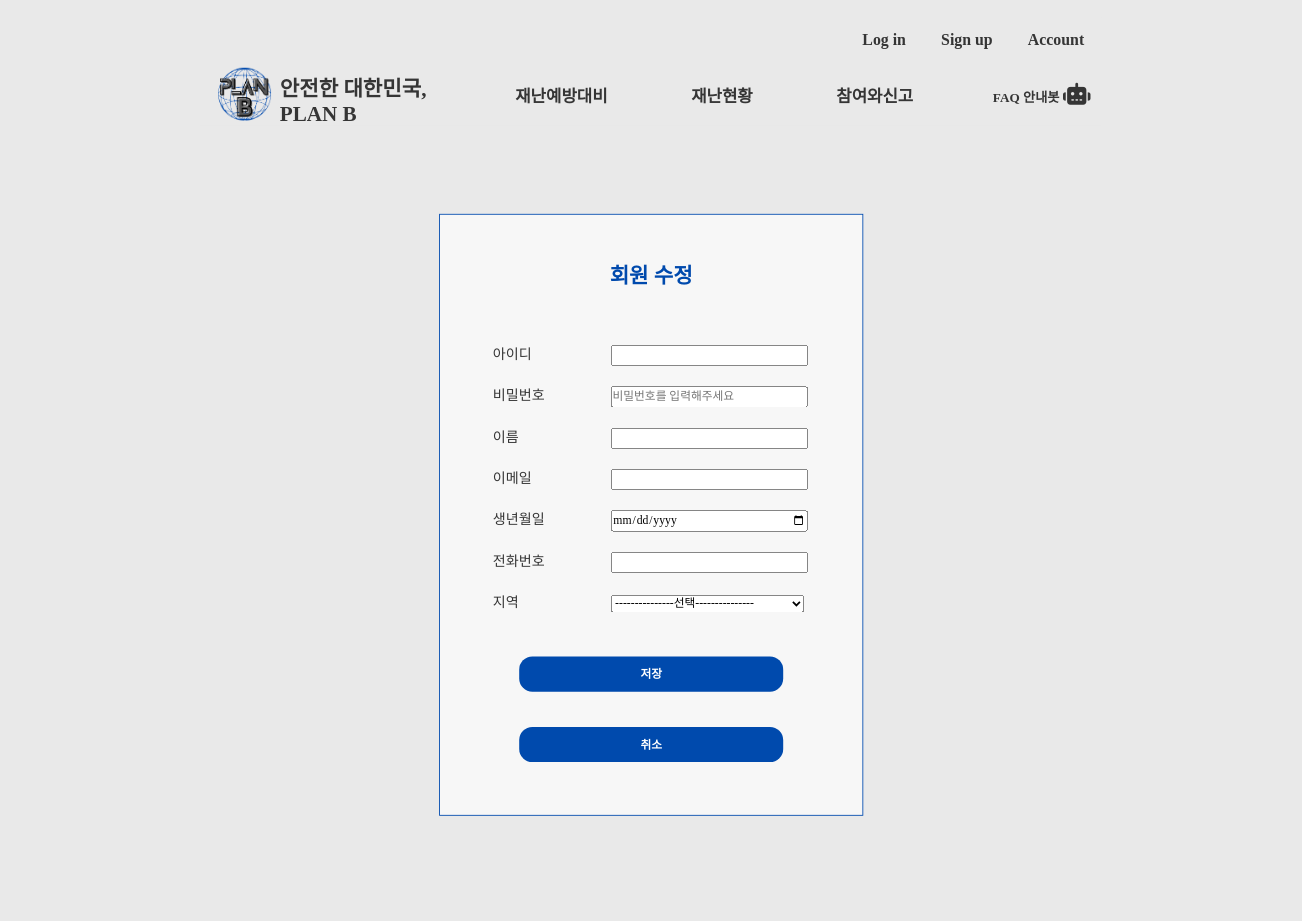
Repository: finalteam4/final
Page: http://localhost/member/update
An editor plug-in stored every save of this project. The page is shown before and after the next save, followed by the edit.
The browser window is 1280 px wide. The page is 1480 px wide, so the pictures cover 1480 px, including what lies to the right of the window. The pictures show the whole page, at 88% of full size.
Some web libraries are served in a nearby version. The page is this project's Thymeleaf template; nobody is signed in. The template is opened directly, without the code that normally fills it, so the values that code supplies are empty.

Above is the page before, as saved 2024-02-08 07:07:28.

### final/src/main/resources/templates/member/update.html
<!DOCTYPE html>
<html xmlns:th="http://www.thymeleaf.org">
<head>
<meta charset="UTF-8">
<title>회원정보...</title>
<link rel="stylesheet" th:href="@{/css/style.css}">
</head>
<body>
   <div class="ch">
    <div th:replace="~{header}"></div>
	<div id="container">
	  <section id="update">
		<h2>회원 수정</h2>
		<form th:action="@{/member/update}" method="post">
		<input type="hidden" name="id" th:value="${member.id}">
		   <fieldset>
		  	<ul>
		  		<li>
		  			<label for="memberId">아이디</label>
		  			<input type="text" name="memberId" readonly
		  				id="memberId" th:value="${member.memberId}">
		  		</li>
		  		<li>
		  			<label for="password">비밀번호</label>
		  			<input type="password" name="password"
		  			    id="password" placeholder="비밀번호를 입력해주세요">
		  		</li>
		  		<li>
		  			<label for="name">이름</label>
		  			<input type="text" name="name"
		  			    id="name" th:value="${member.name}">
		  		</li>
		  		<li>
		  			<label for="memberEmail">이메일</label>
		  			<input type="text" name="memberEmail"
		  			    id="memberEmail" th:value="${member.memberEmail}">
		  		</li>
		  		<li>
		  			<label for="memberAge">생년월일</label>
		  			<input type="date" name="memberAge"
		  			    id="memberAge" th:value="${member.memberAge}">
		  		</li>
		  		<li>
		  			<label for="mnumber">전화번호</label>
		  			<input type="text" name="mnumber"
		  			    id="mnumber" th:value="${member.mnumber}">
		  		</li>
		  		<li>
		  			<label for="memberArea">지역</label>
		  			 <select name="memberArea" id="memberArea" th:value="${member.memberArea}">
						    <option value="">---------------선택---------------</option>
						    <option value="서울특별시">서울특별시</option>
						    <option value="부산광역시">부산광역시</option>
						    <option value="대구광역시">대구광역시</option>
						    <option value="인천광역시">인천광역시</option>
						    <option value="광주광역시">광주광역시</option>
						    <option value="대전광역시">대전광역시</option>
						    <option value="울산광역시">울산광역시</option>
						    <option value="세종특별자치시">세종특별자치시</option>
						    <option value="경기도">경기도</option>
						    <option value="강원특별자치도">강원특별자치도</option>
						    <option value="충청북도">충청북도</option>
						    <option value="충청남도">충청남도</option>
						    <option value="전북특별자치도">전북특별자치도</option>
						    <option value="전라남도">전라남도</option>
						    <option value="경상북도">경상북도</option>
						    <option value="경상남도">경상남도</option>
						    <option value="제주특별자치도">제주특별자치도</option>
						</select>
		  		</li>
		  	    <li>
		  			<button type="submit" id="updatef">저장</button>
		  			<button type="reset" id="updatef">취소</button>
		  		</li>
		  	 </ul>
	  	    </fieldset>
	  	  </form>
	  	</section>
	</div>
	</div>
</body>
</html>

### final/src/main/resources/static/css/style.css
@charset "UTF-8";


/* 공통 */

*{margin: 0; padding: 0; font-family: 'NanumSquareRound';}

html, body{height:auto; min-height:100%; min-width:1440px; width:100%; color: #353535; background: #e9e9e9;}

a{text-decoration: none; color:#353535; font-weight:900;}
a:hover{text-decoration: none; color: #004aad; font-weight:900;}
ul li{list-style: none;}




/* nagyung */


/* =============================================
                     header
================================================ */
#planB-header{width:100%; max-width:1024px; margin:0 auto;
	/* border:1px solid black; */ /* body: 1024px틀 마지막에 지울예정 */
}
/* header - 로그인, 회원가입, 마이페이지 */
.planB-sidemenu{
	width:100%;
	display:flex;
	justify-content: flex-end;
}
.planB-sidemenu a{padding: 15px 20px; font-size:18px;}
/* header - 로고, 메인메뉴, 챗봇 */
.planB-menuWrap{width:100%; display:flex; margin-bottom:10px;}
.main-img-logo{
	width:310px;
	display:flex;
	align-items: center;
	padding-left:20px;
	}
.main-img-logo h2{padding:10px 0 0 10px;  font-weight:900;}

.main-menu{
	width:90%;
	margin:0 auto;
	display:flex;
	justify-content: space-evenly;
    align-items: center;
    padding-top:20px;
    }
.main-menu a{font-size:19px; letter-spacing:1px;}
.main-menu span{font-size:15px;}
/*===============================================
 					footer
=================================================*/



/* chaehee */

.ch{
  width: 100%;
  padding: 20px;
  background-color: #E9E9E9;


  .container{width: 90%; padding: 30px; margin: 0 auto;}


/* login 스타일 */
  #login{
    margin: 100px auto;
    padding: 40px;
    width: 380px;
    background-color: #f7f7f7;
    border: 1px solid rgb(0, 74 , 173);
    flex-direction: column;
  }
  #login h2{
    text-align: center;
    margin: 20px;
    color: rgb(0, 74 , 173);
  }
  #login fieldset{
    border: none;
  }

  #login li input{
  	border-style: none;
    margin: 15px auto;
    padding: 0 10px 0 10px;
    width: 100%;
    height: 40px;
    text-indent: 5px;
  }
  #login #username,
  #login #password,
  #login #loginbutton,
  #login #joinf{
    box-sizing: border-box;
    border: 1px solid #004aad;
  }
  #login #loginbutton,
  #login #joinf{
    font-weight: bold;
  }
  #login #loginbutton{
    background-color: #004aad;
    color: white;
  }
  #login #joinf{
    background-color: white;
    color: #004aad;
  }
  .line {
    display:flex;
    flex-basis:100%;
    align-items:center;
    color:rgba(0,0,0,0.35);
    font-size:14px;
    margin:10px 0px;
  }
  .line::before{
    content:"";
    flex-grow:1;
    margin:0px 16px;
    background:rgba(0,0,0,0.35);
    height:1px;
    font-size:0px;
  }
  .line::after {
    content:"";
    flex-grow:1;
    margin:0px 16px;
    background:rgba(0,0,0,0.35);
    height:1px;
    font-size:0px;
  }

  /* join 스타일 */
  #join{
    margin: 100px auto;
    padding: 40px;
    width: 400px;
    background-color: #f7f7f7;
    border: 1px solid rgb(0, 74 , 173);
    flex-direction: column;
  }
  #join h2{
    text-align: center;
    margin: 10px 20px 50px 20px;
    color: rgb(0, 74 , 173);
  }
  #join fieldset{
    border: none;
  }
  #join label{
    display: inline-block;
    width: 120px;
    margin: 10px 0px 10px 20px;
  }
  #join input[type="text" i],
  #join input[type="password" i],
  #join input[type="date" i],
  #join select  {
  width: 220px;
  height: 20px;
  margin: 10px;
  }
  #join #joinf, #join #kakao, #join #naver, #join #google {
  	border-style: none;
    margin: 15px 10px;
    width: 380px;
    height: 40px;
    text-indent: 5px;
  }

  #join #joinf{
    background-color: #004aad;
    color: white;
    font-weight: bold;
  }
  /* account 스타일 */
  #account{
    width: 60%;
    margin: 100px auto;
    display: flex;
    border: 1px solid #004aad;
    background-color: #f5f5f5;
    max-width: 1024px;
  }
  #left{
    width: 40%;
    height: 100%;
  }
  #left #mimage{
    width: 50%;
    aspect-ratio: 1 / 1;
    margin: 20px auto;
    background-color: #dadada;
    border-radius: 50%;
    margin-top: 25%;
    overflow: hidden;
  }
   #left #mimage img{
   display: block;
   width: 100%;
   }
  #left h6{
    padding-bottom: 50px;
    text-align: center;
    font-size: 15px;
  }
  #left .mbutton{
    margin: 10% auto;
    padding: 5%;
    width: 50%;
    border-radius: 30px;
    text-align: center;
    color: white;
    font-weight: bold;
  }
  #left #update{
    background-color: #dadada;
    font-size: 15px;
  }
  #left #logout{
    background-color: #004aad;
    font-size: 15px;
  }
  #right{
    margin: auto;
    padding: 30px;
    width: 90%;
    height: 100%;
    display: flex;
    flex-direction: column;
    justify-content: center;
  }
  #right h5{
    width: 100%;
    margin: 10px;
  }
  #right .mcontent{
    display: flex;
    flex-direction: column;
    margin: 5px 0 25px 0;
    padding: 5px 0;
    width: 100%;
    background-color: #ececec;
    border-top: 1px solid #004aad;
    border-bottom: 1px solid #004aad;
    align-items: center;
  }
  #right .mcontent p{
	padding: 8px 0px;
    width: 90%;
    border-bottom: 1px dashed white;
    text-align: center;
  }
  #right .mcontent p:last-child {
  border-bottom: none;
}
  .line2 {
    border-left: 1px dotted #004aad;
    width: 0;
  }

/* update 스타일 */
  #update{
    margin: 100px auto;
    padding: 40px;
    width: 400px;
    background-color: #f7f7f7;
    border: 1px solid rgb(0, 74 , 173);
    flex-direction: column;
  }
  #update h2{
    text-align: center;
    margin: 10px 20px 50px 20px;
    color: rgb(0, 74 , 173);
  }
  #update fieldset{
    border: none;
  }
  #update label{
    display: inline-block;
    width: 120px;
    margin: 10px 0px 10px 20px;
  }
  #update input[type="text" i],
  #update input[type="password" i],
  #update input[type="date" i],
  #update select  {
  width: 220px;
  height: 20px;
  margin: 10px;
  }
  #update #memberArea{
  	margin-bottom: 30px;
  }
  #update #updatef{
    border-style: none;
    margin: 20px 0 20px 50px;
    width: 300px;
    height: 40px;
    background-color: #004aad;
    color: white;
    font-weight: bold;
    border-radius: 15px;
  }





}

/* yubin */


.main-main {
	width:1024px;

    background-color: #d9d9d9;
    margin: 0 auto;
}
/* 메뉴 */
#state_sub{
		background: #1b4fa2 url(/images/titBg.jpg) no-repeat 50% 50%;
}
#state_sub .stateWrap > strong {
    display: block;
    margin-bottom: 30px;
    text-align: center;
    font-size: 44px;
    font-weight: 200;
    color: #fff;
    line-height: 1.1em;
}
#state_sub .stateWrap ul {
    text-align: center;
}
#state_sub .stateWrap ul li {
    display: inline-block;
    position: relative;
    margin: 0 24px;
    padding-bottom: 6px;
}
#state_sub .stateWrap ul li.active a strong {
    color: #fff;
    font-weight: 400;
}
#state_sub .stateWrap ul li a strong {
    display: block;
    font-size: 16px;
    font-weight: 200;
    color: rgba(255, 255, 255, 0.5);
}

/*산불페이지 */
.leftArea{
	float: left;

}
.leftArea img{
	width: 400px;
	height: 600px;
	margin: 10px 0 0 10px;
}
.rightArea{
	display:inline-block;
	margin-left: 20px;

}
.rightArea h2{
	margin-top: 20px;

}

.todayArea ul li{
	list-style: none;
	float: left;
    width: 183px;
    height: 110px;
    padding: 24px 0 0;
    margin-right: 10px;
    text-align: center;
    line-height: 1em;
    background: #f1f1f1;
    box-sizing: border-box;
    margin-top: 20px;
    margin-bottom: 20px;
}
/* 표 전체 스타일 */
.tableArea {
    width: 590px;
    height: 400px;
    margin-top:20px;
    overflow: auto; /* 내용이 넘칠 경우 스크롤 표시 */
}

/* 표 제목 스타일 */
.tableArea table {
    width: 100%;
    border-collapse: collapse;
    font-size: 14px;
}

/* 각 셀 스타일 */
.tableArea th, .tableArea td {
    border: 1px solid #ddd;
    padding: 8px;
    text-align: center;
}

/* 각 열 스타일 */
.tableArea th {
    background-color: #f0f0f0;
}

/* 각 행 스타일 */
.tableArea tr:hover {
    background-color: #f5f5f5;
}
 .terms317 img {

    width: 900px; /* 너비를 원하는 크기로 지정 */
    height: auto; /* 높이는 자동으로 조절됩니다. */

  }
.terms317 p{
	margin-left: 55px;
}
  .terms318 img {
    width: 300px; /* 너비를 원하는 크기로 지정 */
    height: auto; /* 높이는 자동으로 조절됩니다. */
  }

  .terms319 img {
    width: 250px; /* 너비를 원하는 크기로 지정 */
    height: auto; /* 높이는 자동으로 조절됩니다. */
  }

  .terms320 img {
    width: 550px; /* 너비를 원하는 크기로 지정 */
    height: auto; /* 높이는 자동으로 조절됩니다. */
  }

  .terms321 img {
    width: 550px; /* 너비를 원하는 크기로 지정 */
    height: auto; /* 높이는 자동으로 조절됩니다. */
  }


  .tabSlideWrap {
    padding: 10px;
  }

  .swiper-container-horizontal {
    position: relative;
    display: flex;
    justify-content: space-around;
  }

  .swiper-wrapper {
    list-style: none;
    padding: 0;
    margin: 0;
    display: flex;
  }

  .swiper-slide {
    margin-right: 20px;
  }

  .swiper-slide a {
    text-decoration: none;
    color: black;
    padding: 10px;
    display: block;
  }

  .swiper-slide a:hover {
    background-color: #f0f0f0;
  }
 /* 산불끝 */









/* KH */

/* 비상연락처 */

#container_emer h2{text-align:center; font-size: 3em; color:#e9e9e9; padding-top: 20px;
   margin-bottom: 50px;}
#container_emer{text-align: center; background-color: #e9e9e9;}
#emer_title{height: 95px; background-color:#004aad;}
#emer_tbl {border-collapse: collapse; margin: 20px auto;}
#emer_tbl td{width: 150px; height: 30px; border: 2px solid #ddd;
	padding: 8px; text-align: center; color: #363636; background-color:#f9f9f9;}
.region {cursor: pointer;}
#map {width: 1024px; height: 1024px;margin: 30px auto; background-color: rgba(255,255,255,1);
	}









/* sanghyun */

#content{
	width: 1024px;
	margin: 0px auto;
	height: 200vh;
}
h2.board_h2{
	color: #fff; text-align: center;
	width: 100%;
	height: 60px;
	background-color: #004aad;
	font-weight: bold;
	margin: 0;
	line-height: 60px;

}

#data_content{
	width: 100%;
	margin-top: 100px;
}

.news_section{
	margin: 50px 0px 0px 100px;
	width : 45%;
	border: 10px solid #fc80ac;
	display: block;
    float: left;
    padding: 10px;
    font-size:0.8rem;
}
.news_section p{
	margin: 5px;
}
.org_name{
	padding: 5px;
	font-size:1rem;
}
.board_section{
	display: block;
    float: left;
    margin: 50px 10px;
}


/* 게시판 */
.board_content{
	width: 100%;
	background-color: #fff;
	height: 100%;
}


.tbl_list {
	margin: 0 auto;
	width: 95%;
	text-align: center;
	border-collapse: collapse;
}
.tbl_list td, th{
	border-left: none;
	border-right: none;
	border-bottom: 1px solid black;
}
.td_title {width: 50%; text-overflow: ellipsis; white-space:nowrap;}

.board_btn {
   width: 90px;
   height: 35px;
   background-color: #cdcdcd;
   border: 1px solid #353535;
   border-radius: 10px;
   box-shadow: 2px 2px 4px rgba(0, 0, 0, 0.5);
   font-weight: bold;
}

.board_btn:hover{
	background-image: linear-gradient(to bottom right, #002255, #004aad);
	color: #fff;
}


/* 페이지 버튼 */
.pagination_btn {
    display: flex;
    justify-content: center;
    align-items: center; /* 수직 가운데 정렬 추가 */
    font-size: 15px;
    line-height: normal;
}

.page-box {
    margin: 0 10px;
    font-weight: bold;
    display: inline-block;
}

.page-num-btn {
    width: 20px;
    height: 20px;
    border-radius: 50%;
    margin: 5px auto;
}

.page-btn.disabled {
    pointer-events: none;
    cursor: default;
    color: #aaa;
}

.page-btn.active {
    display: inline-flex;
    align-items: center; /* 수직 가운데 정렬 추가 */
    justify-content: center;
    width: 30px;
    height: 30px;
    background-image: radial-gradient(ellipse, #0088FF, #004AAD);
    border-radius: 50%;
    color: #fff;
    text-align: center;
}

.page-btn.active .page-box {
    display: inline-block;
    color: #fff;
}

/* 게시판 검색창 */
.search_btn{
   width: 450px;
   height: 35px;
   margin: 0px auto;
   background-color: #cdcdcd;
   border: 1px solid #353535;
   border-radius: 10px;
   padding-top: 10px;
   box-shadow: 2px 2px 4px rgba(0, 0, 0, 0.5);
}

.search_btn2{
   width: 350px;
   height: 35px;
   margin: 0px auto;
   background-color: #cdcdcd;
   border: 1px solid #353535;
   border-radius: 10px;
   padding-top: 10px;
   box-shadow: 2px 2px 4px rgba(0, 0, 0, 0.5);
}

.toggle_btn{
   width: 80px;
   height: 25px;
   border: none;
   border-radius: 5px;
   text-align: center;
   background-color: #fff;
   margin: 0px 10px;
}
.search_box{
   width: 230px;
   height: 25px;
   border: none;
   border-radius: 5px;
   padding: 0px 10px;
}
.board_btn1 {
   width: 70px;
   height: 25px;
   border: none;
   border-radius: 0 5px 5px 0;
   border-left : 1px solid #000;
   background-color: rgba(0, 0, 0, 0);
   font-weight: semi-bold;
}
.board_btn2 {
   width: 50px;
   height: 25px;
   border: none;
   background-color: rgba(0, 0, 0, 0);
   font-weight: semi-bold;
}

/* 게시글 상세보기 */
.tbl_detail{
	width: 95%;
	margin: 0 auto;
}
.tbl_detail td, th{
	border-left: none;
	border-right: none;
}

/* 댓글 */
.replyform{
	width: 95%;
	margin: 0 auto;
}
.replyWrite{
	margin-top:10px;
	border-color:#ccc;
}
#rcontent{
	width:100%;
}
.reply_reply{
	margin-top: 10px;
}

/* 글쓰기 */
.custom-file-input {
    display: none; /* 숨김 */
}

.custom-file-label {
    width: 90px;
    height: 35px;
    background-color: #cdcdcd;
    border: 1px solid #353535;
    border-radius: 10px;
    box-shadow: 2px 2px 4px rgba(0, 0, 0, 0.5);
    font-weight: bold;
    display: flex;
    justify-content: center;
    align-items: center;
    cursor: pointer;
    float: left;
    margin-bottom: 10px;
    margin-right: 10px;
}

.custom-file-label:hover{
	background-image: linear-gradient(to bottom right, #002255, #004aad);
	color: #fff;
}

.file-name{
	line-height: 35px;
}

.form-control {
  display: block;
  width: 95%;
  border: 1px solid #dee2e6;
  border-radius: 0.375rem;
  margin: 0 auto;
  padding: 5px;
}

@media (prefers-reduced-motion: reduce) {
  .form-control {
    transition: none;
  }
}
.form-select {
  display: block;
  width: 95%;
  border: 1px solid #dee2e6;
  border-radius: 0.375rem;
  margin: 0 auto;
}
@media (prefers-reduced-motion: reduce) {
  .form-select {
    transition: none;
  }
}
/* 채팅방 */

@media (max-width: 1024px) {
  #content {
    width:100%;
  }
  table{
  font-size: 1.5vw
  }
  .search_btn{
  	width: 425px;
  }
}



@media (max-width: 425px) {
  #content {
    width:355px;
  }
  table{
  font-size: 10px;
  }
  .search_btn{
  	width:355px;
  }
}



/* 헤더 */
header #head_header nav{
	width: 100%;
	height: 80px;
	background: #e9e9e9;
	border-top: 1px solid #ccc;
	border-bottom: 1px solid #ccc;
}
header #head_header h1{
	text-align:center;
}
#top_menu{line-height: 80px; text-align:center;}
#top_menu li{display: inline-block; margin: 0 20px; }
#top_menu li a{color: #444; padding: 0 20px;}
#top_menu li a:hover{color: #111;}

Loaded but not shown: final/src/main/resources/static/js/faq-chatbot.js (83 lines, source omitted); final/src/main/resources/static/js/favicon.js (19 lines, source omitted); final/src/main/resources/static/css/Mainstyle.css (775 lines, source omitted); final/src/main/resources/templates/header.html (152 lines, source omitted)

After the next save:
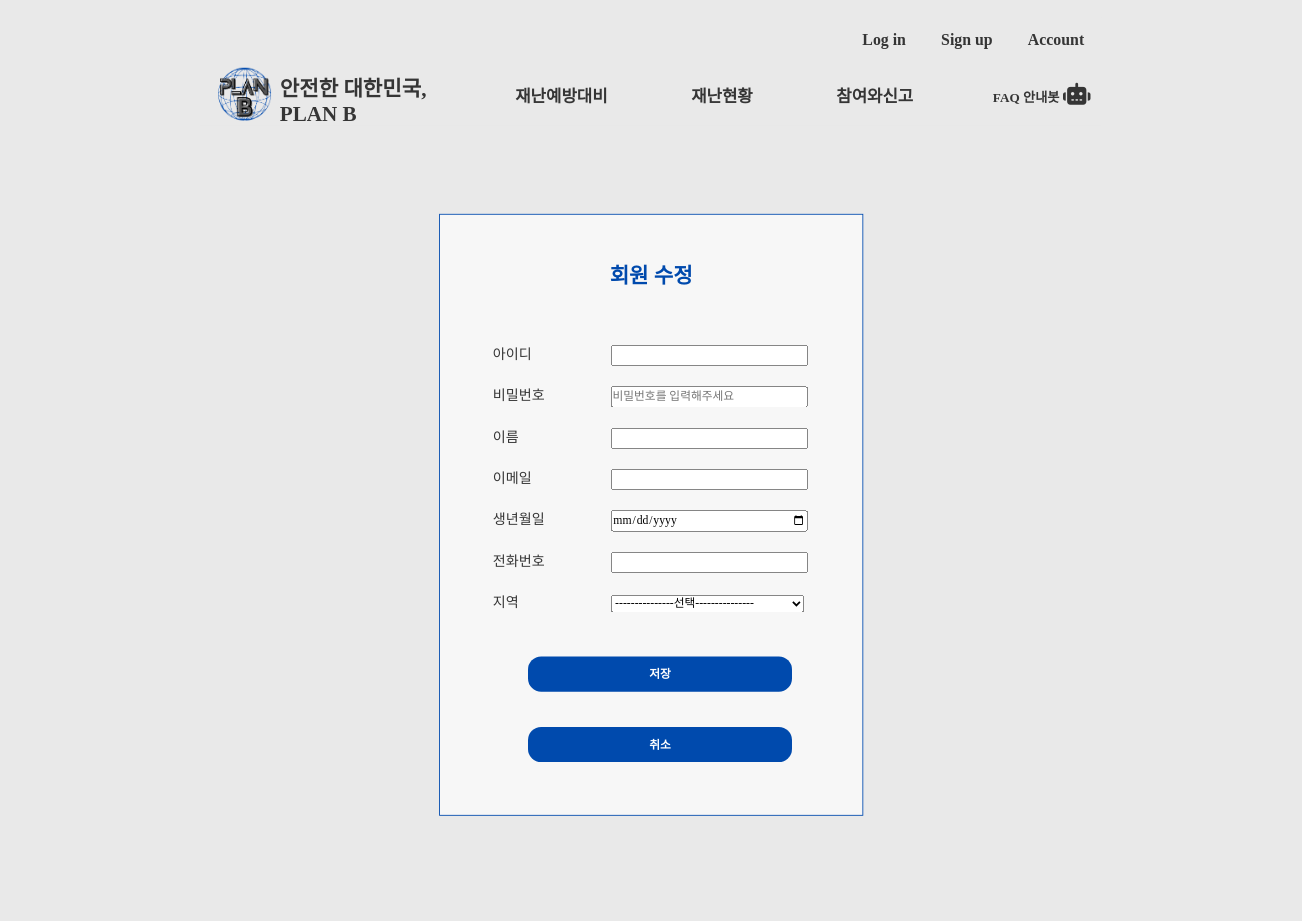
Saved 30 s later.
--- a/final/src/main/resources/static/css/style.css
+++ b/final/src/main/resources/static/css/style.css
@@ -301,7 +301,7 @@ ul li{list-style: none;}
   }
   #update #updatef{
     border-style: none;
-    margin: 20px 0 20px 50px;
+    margin: 20px 0 20px 60px;
     width: 300px;
     height: 40px;
     background-color: #004aad;
